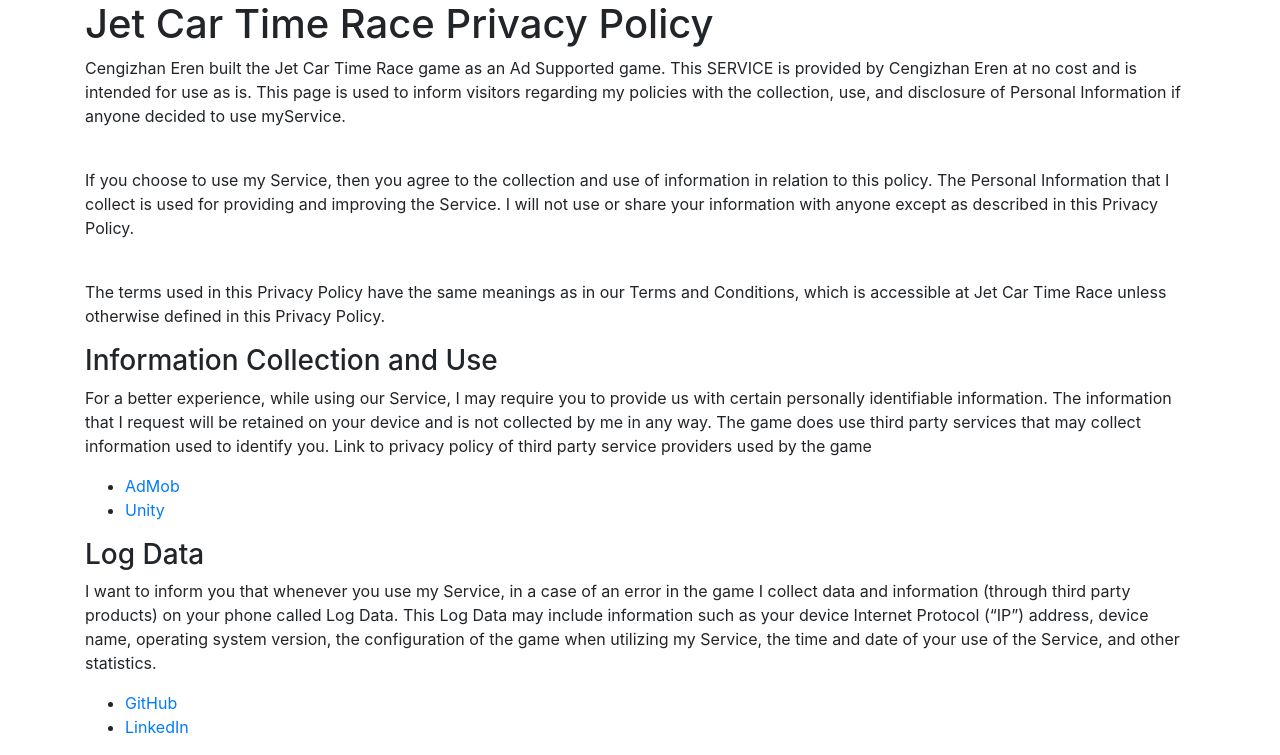
Repository: CengoCengo/cengocengo.github.io
Page: jetcartimeraceprivacypolicy.html
These files come from the project's save history. The page is drawn as it stood at one moment and after the next save; the edit follows.
The browser window is 1280 px wide. The pictures show the whole page.

Above is the page before, as saved 2022-10-11 14:33:32.

After the next save:
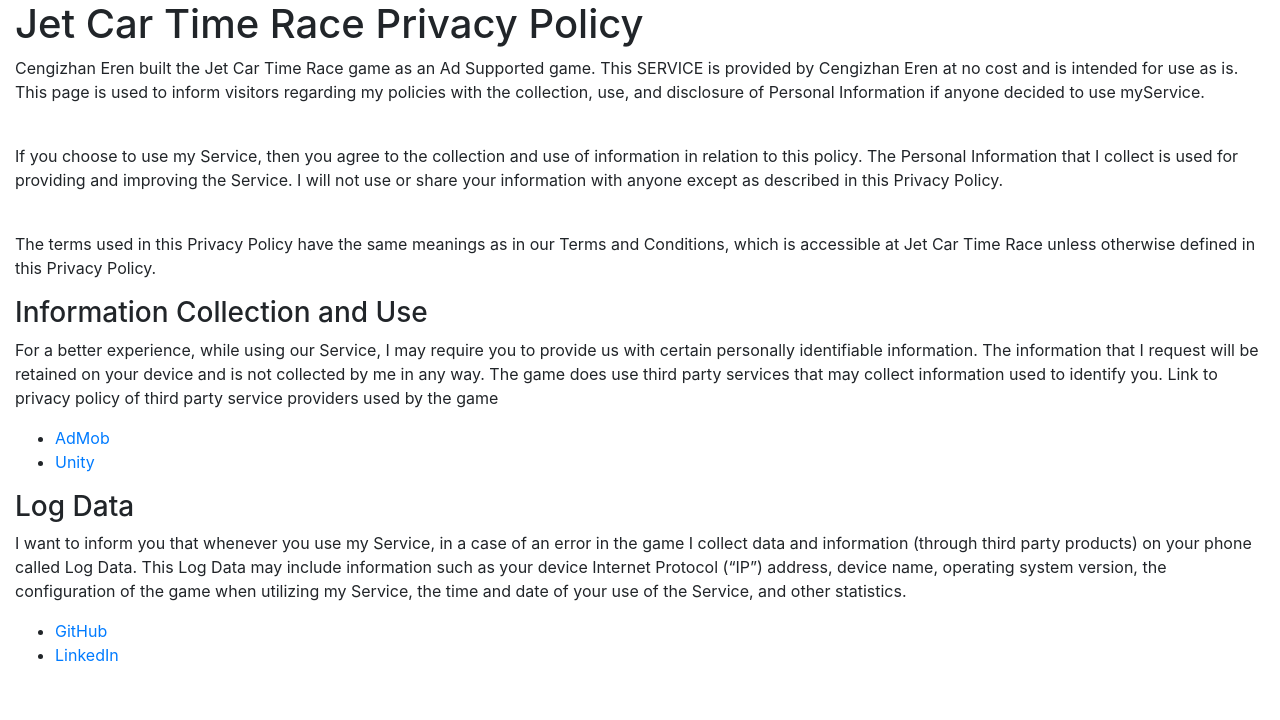
Saved 51 s later.
--- a/jetcartimeraceprivacypolicy.html
+++ b/jetcartimeraceprivacypolicy.html
@@ -25,7 +25,7 @@
 </head>
 <body>
 
-    <body class="container">
+    <body class="container-fluid">
 		<div id="wrapper">
 			<div id="bg"></div>
 			<div id="main">

After the save that followed:
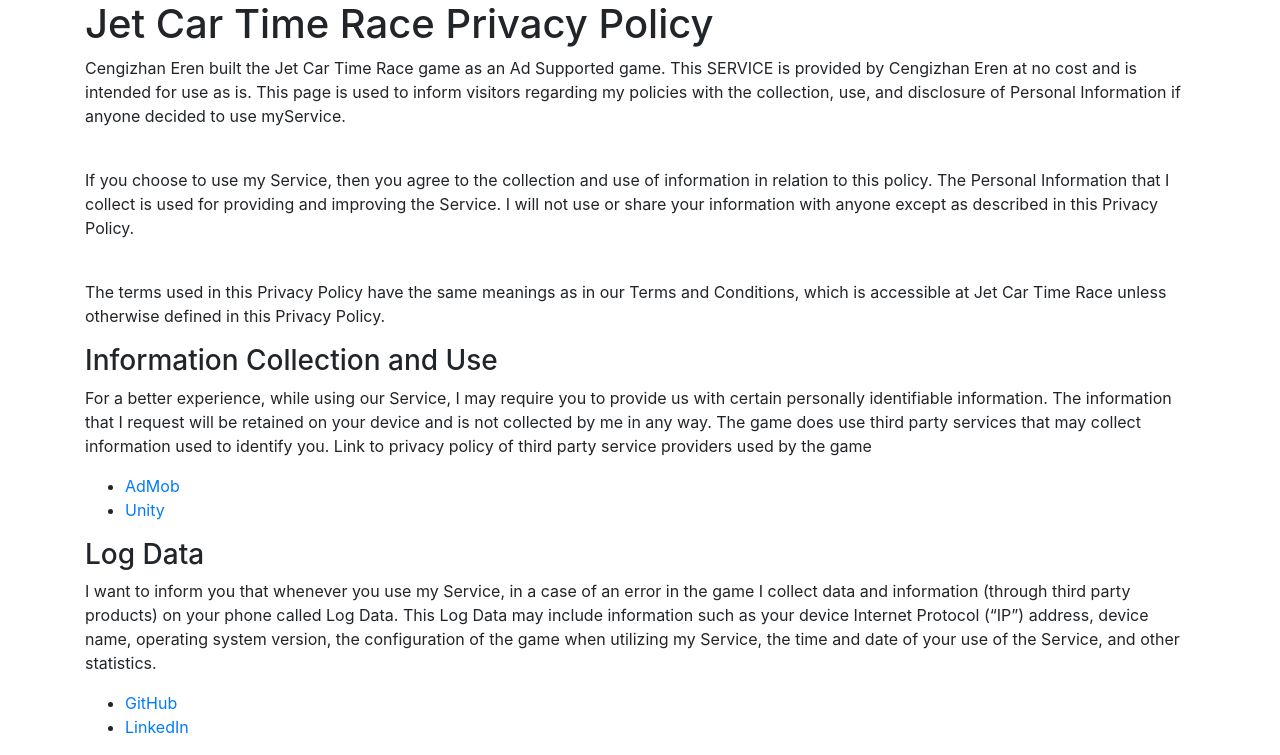
Saved 5 s later.
--- a/jetcartimeraceprivacypolicy.html
+++ b/jetcartimeraceprivacypolicy.html
@@ -25,7 +25,7 @@
 </head>
 <body>
 
-    <body class="container-fluid">
+    <body class="container">
 		<div id="wrapper">
 			<div id="bg"></div>
 			<div id="main">
